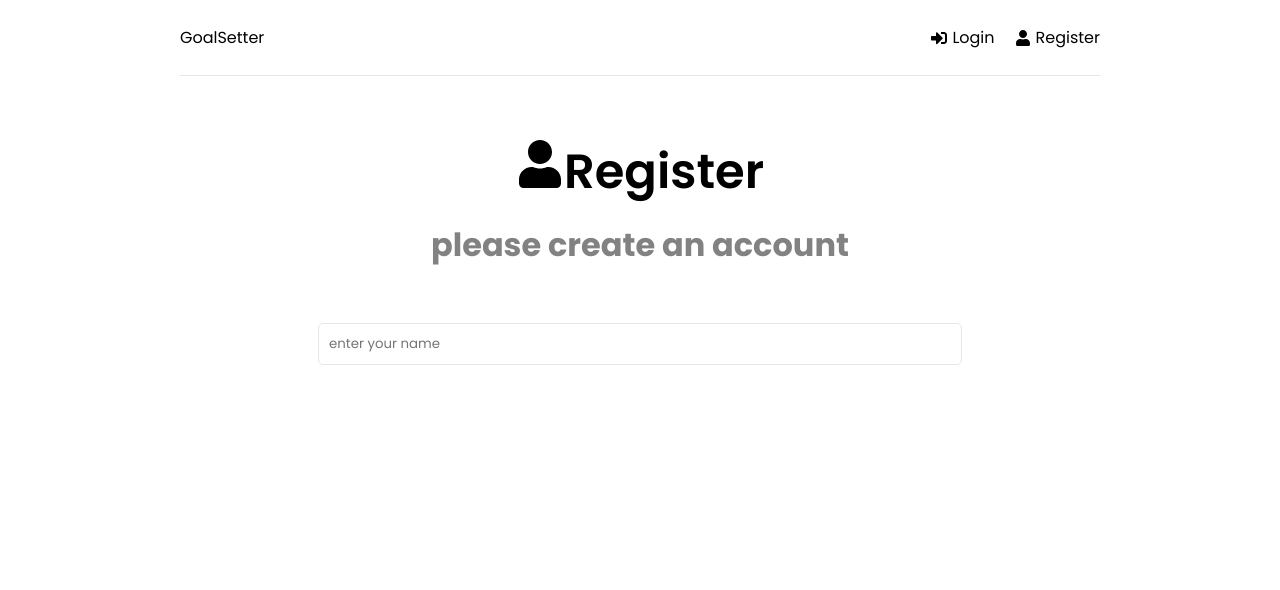
Repository: Shanshan67/React_Node_mongodb
Page: /register (app in frontend/)
An editor plug-in stored every save of this project. The page is shown before and after the next save, followed by the edit.
The browser window is 1280 px wide. The pictures show the whole page.
The project was rebuilt for these pictures with package versions that can differ from the ones it lists, and the page was loaded fresh each time. Also part of the build but not shown: frontend/src/pages/Dashboard.jsx, frontend/src/pages/Login.jsx.

Above is the page before, as saved 2023-01-25 22:25:29.

After the next save:
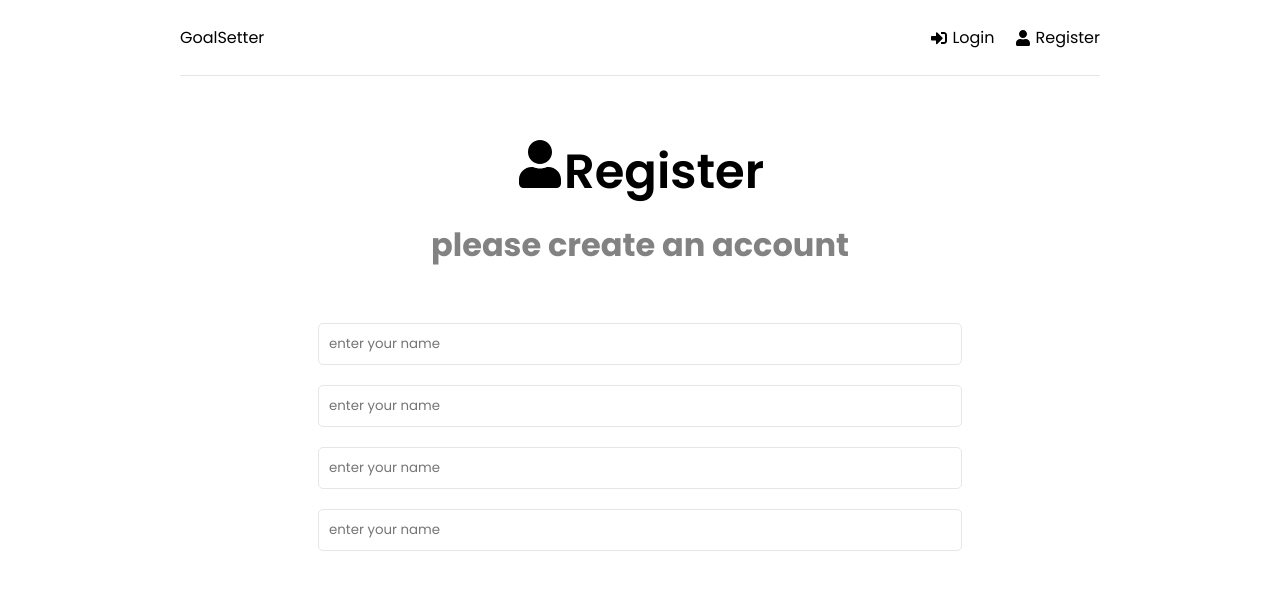
Saved 83 s later.
--- a/frontend/src/pages/Register.jsx
+++ b/frontend/src/pages/Register.jsx
@@ -33,6 +33,33 @@ function Register() {
             placeholder="enter your name"
             onChange={onChange} />
           </div>
+          <div className="form-group">
+            <input type="text"
+            className='form-control'
+            id='name'
+            name='name'
+            value={name}
+            placeholder="enter your name"
+            onChange={onChange} />
+          </div>
+          <div className="form-group">
+            <input type="text"
+            className='form-control'
+            id='name'
+            name='name'
+            value={name}
+            placeholder="enter your name"
+            onChange={onChange} />
+          </div>
+          <div className="form-group">
+            <input type="text"
+            className='form-control'
+            id='name'
+            name='name'
+            value={name}
+            placeholder="enter your name"
+            onChange={onChange} />
+          </div>
         </form>
       </section>
     </div>
